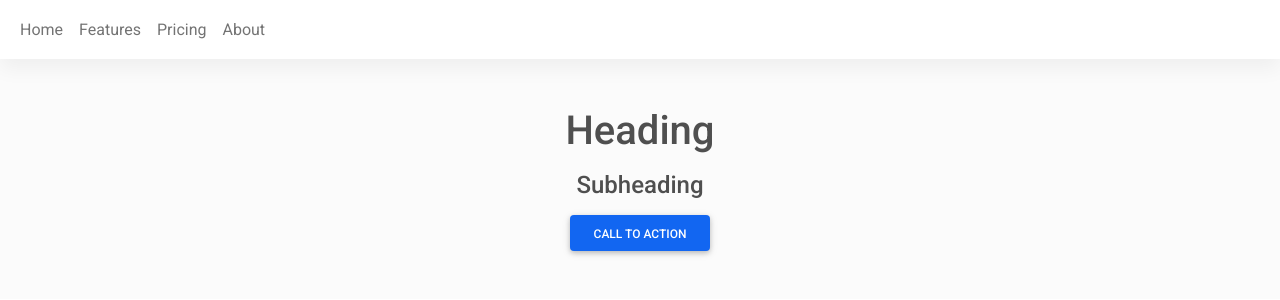
Repository: vertigo97/voting_app
Page: index.html
These files come from the project's save history. The page is drawn as it stood at one moment and after the next save; the edit follows.
The browser window is 1280 px wide. The pictures show the whole page.
Some web libraries are served in a nearby version.

Above is the page before, as saved 2021-04-22 13:35:30.

After the next save:
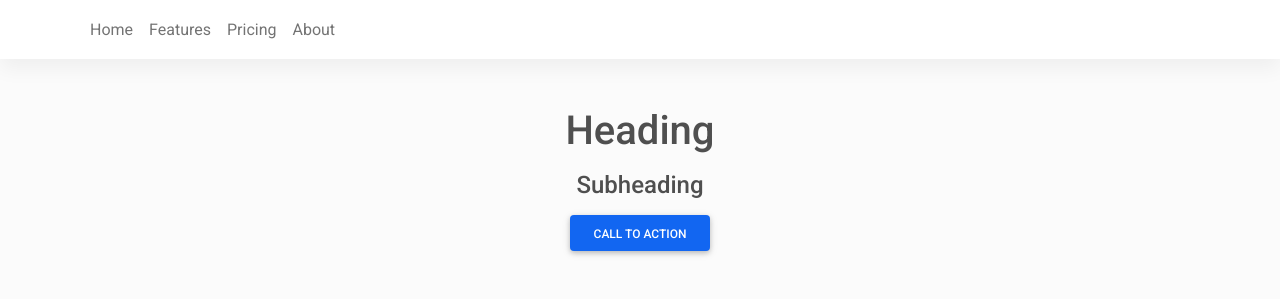
Saved 93 s later.
--- a/index.html
+++ b/index.html
@@ -1,6 +1,7 @@
 <!DOCTYPE html>
 <html lang="en">
-  <head>
+
+<head>
     <meta charset="UTF-8" />
     <meta name="viewport" content="width=device-width, initial-scale=1, shrink-to-fit=no" />
     <meta http-equiv="x-ua-compatible" content="ie=edge" />
@@ -10,68 +11,58 @@
     <!-- Font Awesome -->
     <link rel="stylesheet" href="https://use.fontawesome.com/releases/v5.11.2/css/all.css" />
     <!-- Google Fonts Roboto -->
-    <link
-      rel="stylesheet"
-      href="https://fonts.googleapis.com/css2?family=Roboto:wght@300;400;500;700&display=swap"
-    />
+    <link rel="stylesheet" href="https://fonts.googleapis.com/css2?family=Roboto:wght@300;400;500;700&display=swap" />
     <!-- MDB -->
     <link rel="stylesheet" href="css/mdb.min.css" />
-  </head>
-  <body>
+</head>
+
+<body>
 
     <header>
-      <header>
-        <!-- Navbar -->
-        <nav class="navbar navbar-expand-lg navbar-light bg-white">
-          <div class="container-fluid">
-            <button
-              class="navbar-toggler"
-              type="button"
-              data-mdb-toggle="collapse"
-              data-mdb-target="#navbarExample01"
-              aria-controls="navbarExample01"
-              aria-expanded="false"
-              aria-label="Toggle navigation"
-            >
+        <header>
+            <!-- Navbar -->
+            <nav class="navbar navbar-expand-lg navbar-light bg-white">
+                <div class="container">
+                    <button class="navbar-toggler" type="button" data-mdb-toggle="collapse" data-mdb-target="#navbarExample01" aria-controls="navbarExample01" aria-expanded="false" aria-label="Toggle navigation">
               <i class="fas fa-bars"></i>
             </button>
-            <div class="collapse navbar-collapse" id="navbarExample01">
-              <ul class="navbar-nav me-auto mb-2 mb-lg-0">
-                <li class="nav-item active">
-                  <a class="nav-link" aria-current="page" href="#">Home</a>
-                </li>
-                <li class="nav-item">
-                  <a class="nav-link" href="#">Features</a>
-                </li>
-                <li class="nav-item">
-                  <a class="nav-link" href="#">Pricing</a>
-                </li>
-                <li class="nav-item">
-                  <a class="nav-link" href="#">About</a>
-                </li>
-              </ul>
+                    <div class="collapse navbar-collapse" id="navbarExample01">
+                        <ul class="navbar-nav me-auto mb-2 mb-lg-0">
+                            <li class="nav-item active">
+                                <a class="nav-link" aria-current="page" href="#">Home</a>
+                            </li>
+                            <li class="nav-item">
+                                <a class="nav-link" href="#">Features</a>
+                            </li>
+                            <li class="nav-item">
+                                <a class="nav-link" href="#">Pricing</a>
+                            </li>
+                            <li class="nav-item">
+                                <a class="nav-link" href="#">About</a>
+                            </li>
+                        </ul>
+                    </div>
+                </div>
+            </nav>
+            <!-- Navbar -->
+
+            <!-- Jumbotron -->
+            <div class="p-5 text-center bg-light">
+                <h1 class="mb-3">Heading</h1>
+                <h4 class="mb-3">Subheading</h4>
+                <a class="btn btn-primary" href="" role="button">Call to action</a>
             </div>
-          </div>
-        </nav>
-        <!-- Navbar -->
-
-        <!-- Jumbotron -->
-        <div class="p-5 text-center bg-light">
-          <h1 class="mb-3">Heading</h1>
-          <h4 class="mb-3">Subheading</h4>
-          <a class="btn btn-primary" href="" role="button">Call to action</a>
-        </div>
-        <!-- Jumbotron -->
-      </header>
+            <!-- Jumbotron -->
+        </header>
     </header>
     <main></main>
     <footer></footer>
 
-  </body>
+</body>
 
-    <!-- MDB -->
-    <script type="text/javascript" src="js/mdb.min.js"></script>
-    <!-- Custom scripts -->
-    <script type="text/javascript"></script>
+<!-- MDB -->
+<script type="text/javascript" src="js/mdb.min.js"></script>
+<!-- Custom scripts -->
+<script type="text/javascript"></script>
 
 </html>
